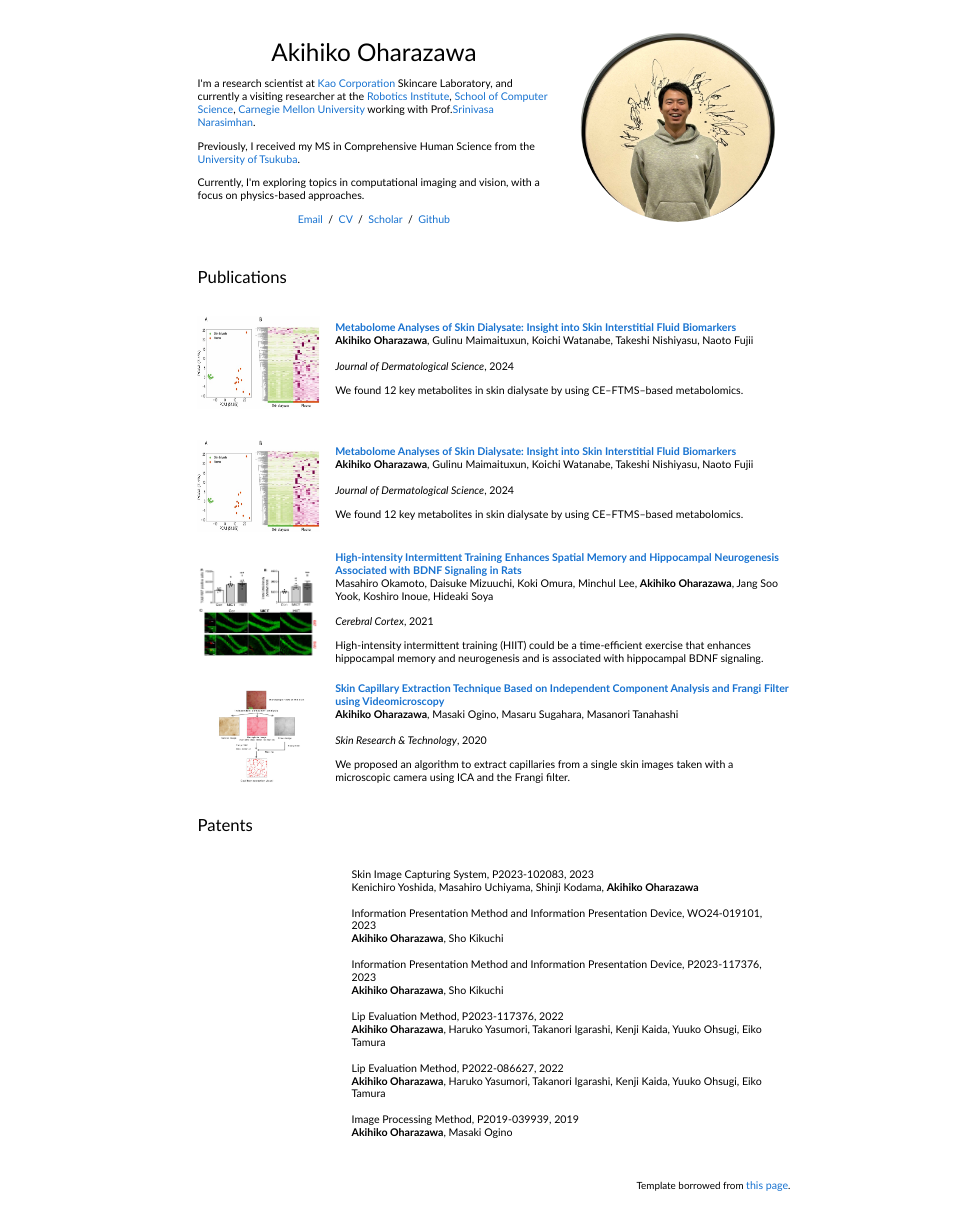
Repository: akihikooharazawa/akihikooharazawa.github.io
Page: index.html
An editor plug-in stored every save of this project. The page is shown before and after the next save, followed by the edit.
The browser window is 1280 px wide. The pictures show the whole page, at 76% of full size.

Above is the page before, as saved 2025-07-25 11:00:36.

### index.html
<!DOCTYPE HTML>
<html lang="en">
  <head>
  <!-- Google tag (gtag.js) -->
  <script async src="https://www.googletagmanager.com/gtag/js?id=G-S3VWLBF1BC"></script>
  <script>
    window.dataLayer = window.dataLayer || [];
    function gtag(){dataLayer.push(arguments);}
    gtag('js', new Date());

    gtag('config', 'G-S3VWLBF1BC');
  </script>
    <meta http-equiv="Content-Type" content="text/html; charset=UTF-8">

    <title>Akihiko Oharazawa</title>

    <meta name="author" content="Akihiko Oharazawa">
    <meta name="viewport" content="width=device-width, initial-scale=1">
    <link rel="shortcut icon" href="images/favicon/favicon.ico" type="image/x-icon">
    <link rel="stylesheet" type="text/css" href="stylesheet.css">

  </head>

  <body>
    <table style="width:100%;max-width:800px;border:0px;border-spacing:0px;border-collapse:separate;margin-right:auto;margin-left:auto;"><tbody>
      <tr style="padding:0px">
        <td style="padding:0px">
          <table style="width:100%;border:0px;border-spacing:0px;border-collapse:separate;margin-right:auto;margin-left:auto;"><tbody>
            <tr style="padding:0px">
              <td style="padding:2.5%;width:63%;vertical-align:middle">
                <p class="name" style="text-align: center;">
                  Akihiko Oharazawa
                </p>
                <p>I'm a research scientist at <a href="https://www.kao.com/global/en/">Kao Corporation</a> Skincare Laboratory,
                  and currently a visiting researcher at the <a href="https://www.ri.cmu.edu/">Robotics Institute</a>,
                  <a href="https://www.cs.cmu.edu/">School of Computer Science</a>,
                  <a href="https://www.cmu.edu/">Carnegie Mellon University</a> working with Prof.<a href="https://www.cs.cmu.edu/~srinivas/">Srinivasa Narasimhan</a>.
                </p>
                <p>
                  Previously, I received my MS in Comprehensive Human Science from the <a href="https://www.tsukuba.ac.jp/en/">University of Tsukuba</a>.
                </p>
                <p>
                  Currently, I'm exploring topics in computational imaging and vision, with a focus on physics-based approaches.
                </p>
                <p style="text-align:center">
                  <a href="mailto:a.oharazawa@gmail.com">Email</a> &nbsp;/&nbsp;
                  <a href="data/AkiOharazawa-CV.pdf">CV</a> &nbsp;/&nbsp;
                  <a href="https://scholar.google.com/citations?user=NGsKuDgAAAAJ&hl=en">Scholar</a> &nbsp;/&nbsp;
                  <a href="https://github.com/akihikooharazawa">Github</a>
                </p>
              </td>
              <td style="padding:2.5%;width:40%;max-width:40%">
                <a href="images/AkiOharazawa.jpg"><img style="width:100%;max-width:100%;object-fit: cover; border-radius: 50%;" alt="profile photo" src="images/AkiOharazawa.jpg" class="hoverZoomLink"></a>
              </td>
            </tr>
          </tbody></table>
          <table style="width:100%;border:0px;border-spacing:0px;border-collapse:separate;margin-right:auto;margin-left:auto;"><tbody>
              <tr>
              <td style="padding:20px;width:100%;vertical-align:middle">
                <h2>Publications</h2>
              </td>
            </tr>
          </tbody></table>
          <table style="width:100%;border:0px;border-spacing:0px;border-collapse:separate;margin-right:auto;margin-left:auto;"><tbody>

            <tr>
              <td style="padding:20px;width:25%;vertical-align:middle">
                <img src="images/isf_metabolomics.jpg" alt="isf_metabolomics" width="160" height="120" style="border-style: none">
              </td>
              <td width="75%" valign="middle">
                <a href="https://www.jdsjournal.com/article/S0923-1811(24)00066-5/fulltext">
                  <span class="papertitle">Metabolome Analyses of Skin Dialysate: Insight into Skin Interstitial Fluid Biomarkers</span>
                </a>
                <br>
                <strong>Akihiko Oharazawa</strong>,
                Gulinu Maimaituxun,
                Koichi Watanabe,
                Takeshi Nishiyasu,
                Naoto Fujii<br>
                <br>
                <em>Journal of Dermatological Science</em>, 2024
                <br>
                <p>We found 12 key metabolites in skin dialysate by using CE–FTMS–based metabolomics.</p>
              </td>
            </tr>

            <tr>
              <td style="padding:20px;width:25%;vertical-align:middle">
                <img src="images/isf_metabolomics.jpg" alt="isf_metabolomics" width="160" height="120" style="border-style: none">
              </td>
              <td width="75%" valign="middle">
                <a href="https://www.jdsjournal.com/article/S0923-1811(24)00066-5/fulltext">
                  <span class="papertitle">Metabolome Analyses of Skin Dialysate: Insight into Skin Interstitial Fluid Biomarkers</span>
                </a>
                <br>
                <strong>Akihiko Oharazawa</strong>,
                Gulinu Maimaituxun,
                Koichi Watanabe,
                Takeshi Nishiyasu,
                Naoto Fujii<br>
                <br>
                <em>Journal of Dermatological Science</em>, 2024
                <br>
                <p>We found 12 key metabolites in skin dialysate by using CE–FTMS–based metabolomics.</p>
              </td>
            </tr>

            <tr>
              <td style="padding:20px;width:25%;vertical-align:middle">
                <img src="images/hit_brain.png" alt="hit_brain.png" width="160" height="120" style="border-style: none">
              </td>
              <td width="75%" valign="middle">
                <a href="https://academic.oup.com/cercor/article/31/9/4386/6274998">
                  <span class="papertitle">High-intensity Intermittent Training Enhances Spatial Memory and Hippocampal Neurogenesis Associated with BDNF Signaling in Rats</span>
                </a>
                <br>
                Masahiro Okamoto,
                Daisuke Mizuuchi,
                Koki Omura,
                Minchul Lee,
                <strong>Akihiko Oharazawa</strong>,
                Jang Soo Yook,
                Koshiro Inoue,
                Hideaki Soya<br>
                <br>
                <em>Cerebral Cortex</em>, 2021
                <br>
                <p>High-intensity intermittent training (HIIT) could be a time-efficient exercise that enhances hippocampal memory and neurogenesis and is associated with hippocampal BDNF signaling.</p>
              </td>
            </tr>

            <tr>
              <td style="padding:20px;width:25%;vertical-align:middle">
                <img src="images/capillary_extraction.jpg" alt="capillary_extraction.jpg" width="160" height="120" style="border-style: none">
              </td>
              <td width="75%" valign="middle">
                <a href="https://onlinelibrary.wiley.com/doi/10.1111/srt.12850">
                  <span class="papertitle">Skin Capillary Extraction Technique Based on Independent Component Analysis and Frangi Filter using Videomicroscopy</span>
                </a>
                <br>
                <strong>Akihiko Oharazawa</strong>,
                Masaki Ogino,
                Masaru Sugahara,
                Masanori Tanahashi<br>
                <br>
                <em>Skin Research & Technology</em>, 2020
                <br>
                <p>We proposed an algorithm to extract capillaries from a single skin images taken with a microscopic camera using ICA and the Frangi filter.</p>
              </td>
            </tr>

          </tbody></table>


          <table width="100%" align="center" border="0" cellspacing="0" cellpadding="20"><tbody>
            <tr>
              <td>
                <h2>Patents</h2>
              </td>
            </tr>
          </tbody></table>
          <table width="100%" align="center" border="0" cellpadding="20"><tbody>

            <tr>
              <td style="padding:20px;width:25%;vertical-align:middle">
              <td width="75%" valign="middle">
                Skin Image Capturing System, P2023-102083, 2023
                <br>
                Kenichiro Yoshida, Masahiro Uchiyama, Shinji Kodama, <strong>Akihiko Oharazawa</strong><br>
                <br>
                Information Presentation Method and Information Presentation Device, WO24-019101, 2023
                <br>
                <strong>Akihiko Oharazawa</strong>, Sho Kikuchi<br>
                <br>
                Information Presentation Method and Information Presentation Device, P2023-117376, 2023
                <br>
                <strong>Akihiko Oharazawa</strong>, Sho Kikuchi<br>
                <br>
                Lip Evaluation Method, P2023-117376, 2022
                <br>
                <strong>Akihiko Oharazawa</strong>, Haruko Yasumori, Takanori Igarashi, Kenji Kaida, Yuuko Ohsugi, Eiko Tamura<br>
                <br>
                Lip Evaluation Method, P2022-086627, 2022
                <br>
                <strong>Akihiko Oharazawa</strong>, Haruko Yasumori, Takanori Igarashi, Kenji Kaida, Yuuko Ohsugi, Eiko Tamura<br>
                <br>
                Image Processing Method, P2019-039939, 2019
                <br>
                <strong>Akihiko Oharazawa</strong>, Masaki Ogino<br>
              </td>
            </tr>

          </tbody></table>
          <table style="width:100%;border:0px;border-spacing:0px;border-collapse:separate;margin-right:auto;margin-left:auto;"><tbody>
            <tr>
              <td style="padding:0px">
                <br>
                <p style="text-align:right;font-size:small;">
                  Template borrowed from <a href="https://github.com/jonbarron/website">this page</a>.
                </p>
              </td>
            </tr>
          </tbody></table>
        </td>
      </tr>
    </table>
  </body>
</html>

### stylesheet.css
/* latin-ext */
@font-face {
  font-family: 'Lato';
  font-style: italic;
  font-weight: 400;
  src: local('Lato Italic'), local('Lato-Italic'), url(https://fonts.gstatic.com/s/lato/v15/S6u8w4BMUTPHjxsAUi-qNiXg7eU0.woff2) format('woff2');
  unicode-range: U+0100-024F, U+0259, U+1E00-1EFF, U+2020, U+20A0-20AB, U+20AD-20CF, U+2113, U+2C60-2C7F, U+A720-A7FF;
}
/* latin */
@font-face {
  font-family: 'Lato';
  font-style: italic;
  font-weight: 400;
  src: local('Lato Italic'), local('Lato-Italic'), url(https://fonts.gstatic.com/s/lato/v15/S6u8w4BMUTPHjxsAXC-qNiXg7Q.woff2) format('woff2');
  unicode-range: U+0000-00FF, U+0131, U+0152-0153, U+02BB-02BC, U+02C6, U+02DA, U+02DC, U+2000-206F, U+2074, U+20AC, U+2122, U+2191, U+2193, U+2212, U+2215, U+FEFF, U+FFFD;
}
/* latin-ext */
@font-face {
  font-family: 'Lato';
  font-style: italic;
  font-weight: 700;
  src: local('Lato Bold Italic'), local('Lato-BoldItalic'), url(https://fonts.gstatic.com/s/lato/v15/S6u_w4BMUTPHjxsI5wq_FQftx9897sxZ.woff2) format('woff2');
  unicode-range: U+0100-024F, U+0259, U+1E00-1EFF, U+2020, U+20A0-20AB, U+20AD-20CF, U+2113, U+2C60-2C7F, U+A720-A7FF;
}
/* latin */
@font-face {
  font-family: 'Lato';
  font-style: italic;
  font-weight: 700;
  src: local('Lato Bold Italic'), local('Lato-BoldItalic'), url(https://fonts.gstatic.com/s/lato/v15/S6u_w4BMUTPHjxsI5wq_Gwftx9897g.woff2) format('woff2');
  unicode-range: U+0000-00FF, U+0131, U+0152-0153, U+02BB-02BC, U+02C6, U+02DA, U+02DC, U+2000-206F, U+2074, U+20AC, U+2122, U+2191, U+2193, U+2212, U+2215, U+FEFF, U+FFFD;
}
/* latin-ext */
@font-face {
  font-family: 'Lato';
  font-style: normal;
  font-weight: 400;
  src: local('Lato Regular'), local('Lato-Regular'), url(https://fonts.gstatic.com/s/lato/v15/S6uyw4BMUTPHjxAwXiWtFCfQ7A.woff2) format('woff2');
  unicode-range: U+0100-024F, U+0259, U+1E00-1EFF, U+2020, U+20A0-20AB, U+20AD-20CF, U+2113, U+2C60-2C7F, U+A720-A7FF;
}
/* latin */
@font-face {
  font-family: 'Lato';
  font-style: normal;
  font-weight: 400;
  src: local('Lato Regular'), local('Lato-Regular'), url(https://fonts.gstatic.com/s/lato/v15/S6uyw4BMUTPHjx4wXiWtFCc.woff2) format('woff2');
  unicode-range: U+0000-00FF, U+0131, U+0152-0153, U+02BB-02BC, U+02C6, U+02DA, U+02DC, U+2000-206F, U+2074, U+20AC, U+2122, U+2191, U+2193, U+2212, U+2215, U+FEFF, U+FFFD;
}
/* latin-ext */
@font-face {
  font-family: 'Lato';
  font-style: normal;
  font-weight: 700;
  src: local('Lato Bold'), local('Lato-Bold'), url(https://fonts.gstatic.com/s/lato/v15/S6u9w4BMUTPHh6UVSwaPGQ3q5d0N7w.woff2) format('woff2');
  unicode-range: U+0100-024F, U+0259, U+1E00-1EFF, U+2020, U+20A0-20AB, U+20AD-20CF, U+2113, U+2C60-2C7F, U+A720-A7FF;
}
/* latin */
@font-face {
  font-family: 'Lato';
  font-style: normal;
  font-weight: 700;
  src: local('Lato Bold'), local('Lato-Bold'), url(https://fonts.gstatic.com/s/lato/v15/S6u9w4BMUTPHh6UVSwiPGQ3q5d0.woff2) format('woff2');
  unicode-range: U+0000-00FF, U+0131, U+0152-0153, U+02BB-02BC, U+02C6, U+02DA, U+02DC, U+2000-206F, U+2074, U+20AC, U+2122, U+2191, U+2193, U+2212, U+2215, U+FEFF, U+FFFD;
}

a {
  color: #1772d0;
  text-decoration: none;
}

a:focus,
a:hover {
  color: #f09228;
  text-decoration: none;
}

body,
td,
th,
tr,
p,
a {
  font-family: 'Lato', Verdana, Helvetica, sans-serif;
  font-size: 14px;
}

strong {
  font-family: 'Lato', Verdana, Helvetica, sans-serif;
  font-size: 14px;
}

h2 {
  margin: 0;
  font-weight: normal;
  font-family: 'Lato', Verdana, Helvetica, sans-serif;
  font-size: 22px;
}

.papertitle {
  font-family: 'Lato', Verdana, Helvetica, sans-serif;
  font-size: 14px;
  font-weight: 700;
}

.name {
  padding-top: 20px;
  margin: 0;
  font-family: 'Lato', Verdana, Helvetica, sans-serif;
  font-size: 32px;
}

.one {
  width: 160px;
  height: 160px;
  position: relative;
}

.two {
  width: 160px;
  height: 160px;
  position: absolute;
  transition: opacity .2s ease-in-out;
  -moz-transition: opacity .2s ease-in-out;
  -webkit-transition: opacity .2s ease-in-out;
}

.fade {
  transition: opacity .2s ease-in-out;
  -moz-transition: opacity .2s ease-in-out;
  -webkit-transition: opacity .2s ease-in-out;
}

span.highlight {
  background-color: #ffffd0;
}

After the next save:
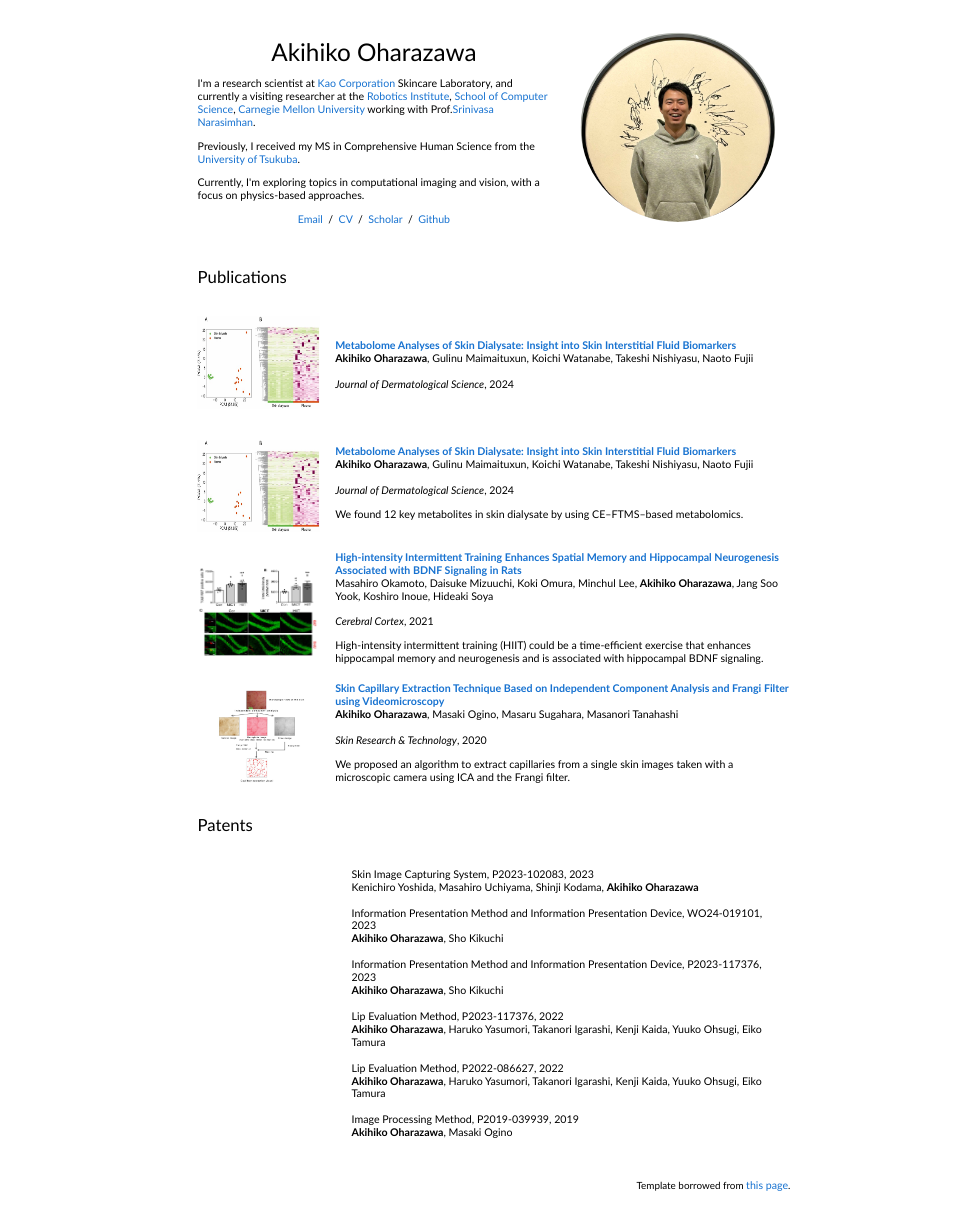
Saved 54 s later.
--- a/index.html
+++ b/index.html
@@ -80,7 +80,6 @@
                 <br>
                 <em>Journal of Dermatological Science</em>, 2024
                 <br>
-                <p>We found 12 key metabolites in skin dialysate by using CE–FTMS–based metabolomics.</p>
               </td>
             </tr>
 
